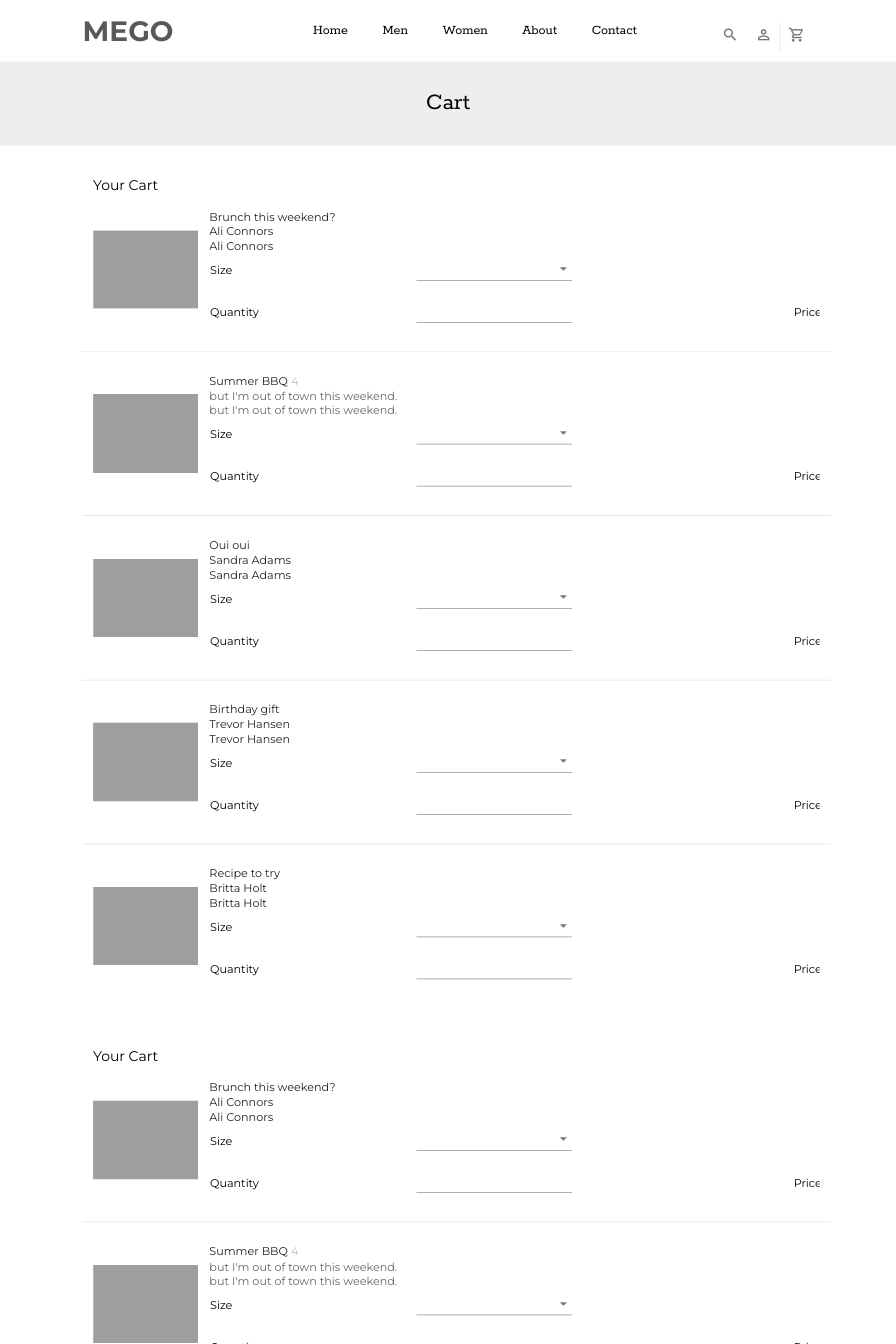
Repository: nguyenphuong152/mego-frontend
Page: /cart (app in frontend/)
These files come from the project's save history. The page is drawn as it stood at one moment and after the next save; the edit follows.
The browser window is 1280 px wide. The pictures show the part of the page from y = 0 to 1920 px (the page is 2804 px tall before and 2444 px after), at 70% of full size.
Pictures or frames that could not be fetched are drawn as grey boxes. The project was rebuilt for these pictures with package versions that can differ from the ones it lists, and the page was loaded fresh each time. Also part of the build but not shown: frontend/vue.config.js, frontend/src/components/Customer/Collection.vue, frontend/src/components/Customer/Banner.vue, frontend/src/components/Customer/BestSeller.vue, frontend/src/components/Customer/Partner.vue, frontend/src/views/Customer/Home.vue, frontend/src/components/Customer/ProductCategory.vue, frontend/src/components/Customer/ProductView.vue and 10 more. Imported but missing from the stored project, and not drawn on this page: frontend/src/views/Admin/Category.vue, frontend/src/views/Admin/ManageProduct.vue, frontend/src/views/Admin/ManageUser.vue, frontend/src/views/Admin/OrderList.vue.

Above is the page before, as saved 2020-11-26 16:39:04.

### frontend/public/index.html
<!DOCTYPE html>
<html lang="en">
  <head>
    <meta charset="utf-8">
    <head>
      <title>MEGO</title>
    </head>
    <meta http-equiv="X-UA-Compatible" content="IE=edge">
    <meta name="viewport" content="width=device-width,initial-scale=1.0">
    <link rel="icon" href="<%= BASE_URL %>favicon.ico">
    <title><%= htmlWebpackPlugin.options.title %></title>
    <link href="https://fonts.googleapis.com/css?family=Montserrat:300,400,500,600,700" rel="stylesheet">
    <link href="https://fonts.googleapis.com/css?family=Rokkitt:100,300,400,700" rel="stylesheet">
    <link rel="stylesheet" href="https://fonts.googleapis.com/css?family=Roboto:100,300,400,500,700,900">
    <link rel="stylesheet" href="https://cdn.jsdelivr.net/npm/@mdi/font@latest/css/materialdesignicons.min.css">
  </head>
  <body>
    <noscript>
      <strong>We're sorry but <%= htmlWebpackPlugin.options.title %> doesn't work properly without JavaScript enabled. Please enable it to continue.</strong>
    </noscript>
    <div id="app"></div>
    <!-- built files will be auto injected -->
  </body>
</html>

### frontend/src/main.js
import Vue from 'vue'
import App from './App.vue'
import vuetify from './plugins/vuetify';
import router from './router'
import '../sass/style.scss'
import 'bootstrap/dist/css/bootstrap.css'
import 'bootstrap-vue/dist/bootstrap-vue.css'
import { BootstrapVue, IconsPlugin } from 'bootstrap-vue'

Vue.use(BootstrapVue)
// Optionally install the BootstrapVue icon components plugin
Vue.use(IconsPlugin)
Vue.config.productionTip = false

new Vue({
  vuetify,
  router,
  render: h => h(App)
}).$mount('#app')

### frontend/src/App.vue
<template>
  <v-app app>
    <v-container v-if="!['Admin', 'Banner', 'Category','Product','ManageUser','OrderList','Dashboard'].includes($route.name)">
      <Toolbar />
    </v-container>
    <v-main>
      <router-view></router-view>
    </v-main>
      <Footer v-if="!['Admin', 'Banner', 'Category','Product','ManageUser','OrderList','Dashboard'].includes($route.name)"/>
  </v-app>

</template>

<script>

import Footer from "./components/Customer/Footer";
import Toolbar from "./components/Customer/Toolbar";

export default {
  name: "App",

  components: {
    Toolbar,
    Footer
  },

  data: () => ({
    //
  }),
};
</script>

### frontend/src/plugins/vuetify.js
import Vue from 'vue';
import Vuetify from 'vuetify/lib';


Vue.use(Vuetify);

const vuetify = new Vuetify({
    theme: {
      themes: {
        light: {
          primary: '#000',
          secondary: '#b0bec5',
          accent: '#8c9eff',
          error: '#b71c1c',
        },
      },
    },
  })

export default new Vuetify({
    vuetify,
});

### frontend/src/router/index.js
import Vue from "vue";
import VueRouter from "vue-router";
import Home from "../views/Customer/Home.vue";
import Men from "../views/Customer/Men.vue";
import Women from "../views/Customer/Women.vue";
import Admin from "../views/Admin/Admin.vue";
import Product from "../views/Admin/ManageProduct.vue";
import Banner from "../views/Admin/Banner.vue";
import Category from "../views/Admin/Category.vue";
import ManageUser from "../views/Admin/ManageUser.vue";
import OrderList from "../views/Admin/OrderList.vue";
import Dashboard from "../views/Admin/Dashboard.vue"
//import ProductDetail from "../views/ProductDetail.vue"

Vue.use(VueRouter);

const routes = [
  {
    path: "/",
    name: "Home",
    component: Home,
  },
  {
    path: "/men",
    name: "Men",
    component: Men,
  },
  {
    path: "/women",
    name: "Women",
    component: Women,
  },
  {
    path: "/about",
    name: "About",
    // route level code-splitting
    // this generates a separate chunk (about.[hash].js) for this route
    // which is lazy-loaded when the route is visited.
    component: () =>
      import(/* webpackChunkName: "about" */ "../views/Customer/About.vue"),
  },
  {
    path: "/contact",
    name: "Contact",
    component: () =>
      import(/* webpackChunkName: "about" */ "../views/Customer/Contact.vue"),
  },
  {
    path: "/cart",
    name: "Cart",
    component: () =>
      import(/* webpackChunkName: "about" */ "../views/Customer/Cart.vue"),
  },
  {
    path: "/account",
    name: "Account",
    component: () =>
      import(/* webpackChunkName: "about" */ "../views/Customer/Account.vue"),
  },
  {
    path: "/userlogin",
    name: "UserLogin",
    component: () =>
      import(/* webpackChunkName: "about" */ "../views/Customer/UserLogin.vue"),
  },
  {
    path: "/checkout",
    name: "Checkout",
    component: () =>
      import(/* webpackChunkName: "about" */ "../views/Customer/Checkout.vue"),
  },
  {
    path: "/product/:id",
    name: "ProductDetail",
    component: () =>
      import(/* webpackChunkName: "about" */ "../views/Customer/ProductDetail.vue"),
  },
  {
    path: "/admin",
    name: "Admin",
    component: Admin,
    children: [
      {
        path: "/banner",
        name: "Banner",
        component: Banner,
      },
      {
        path: "/category",
        name: "Category",
        component: Category,
      },
      {
        path: "/product",
        name: "Product",
        component: Product,
      },
      {
        path: "/manageuser",
        name: "ManageUser",
        component: ManageUser,
      },
      {
        path: "/orderlist",
        name: "OrderList",
        component: OrderList,
      },
      {
        path: "/dashboard",
        name: "Dashboard",
        component: Dashboard,
      },
    ],
  },
];

const router = new VueRouter({
  mode: "history",
  base: process.env.BASE_URL,
  routes,
});

export default router;

### frontend/sass/style.scss

$font-primary: 'Montserrat',
Arial,
sans-serif;
$font-secondary: 'Rokkitt',
Georgia,
serif;


@import '~vuetify/src/styles/styles.sass';

// Overrides
$grid-gutter-width: 20px !default;
$border-radius-base: 4px !default;
$padding-base-vertical: 14px !default;

$brand-primary: #616161 !default;
$brand-secondary: #88c8bc !default;
$brand-yellow: #FFDD00 !default;
$brand-footer-color: #2C2E3E;

$brand-white: #fff;
$brand-black: #000;
$brand-darker: #444;
$brand-gray: #ccc;
$brand-lighter: #e9e9e9;
$brand-body-color: #e8e8e8;
$brand-selection-color: #f9f6f0;
$brand-overlay-color: #4c4a8a;
$brand-bg-color: $brand-white;

.v-btn {
  text-transform:none !important;
}
// .v-text-field{
//   width: 50px;
//   height: 10px;
// }

#app {
  -webkit-font-smoothing: antialiased;
  -moz-osx-font-smoothing: grayscale;

  text-align: center;
  .container {
    max-width: 1100px;
  }
  font: 300
}

.nav {
  padding-left: 0px;
  a {
    font-size: 20px;
    color: lighten($brand-black,35%);
    font-family: $font-secondary;
    text-decoration: none;
    font-weight: 500;
    &.router-link-exact-active {
      color: #42b983;
    }

  }
}

#logo {
  font-size: 40px;
  font-weight: 700;
  font-family: $font-primary;
  color: lighten($brand-black, 35%);
}


.slogan {
  font-size: 50px;
  color: #2c3e50;
  font-family: $font-secondary;
  text-decoration: none;
}

.title-collection{
  @extend .slogan;
  font-size: 25px;
}


.slogan-3 {
  @extend .slogan;
  font-size: 35px;
}

.title-shoes {
  @extend .slogan;
  font-size: 20px;
}


.footer-text {
  font-family:$font-primary;
  font-size: 16px;
}

.admin {
  font-family: $font-primary;
  font-size:16px;
}

.admin-nav {
  font-family: $font-primary !important;
  font-size: 20px !important;
  color: white !important;
}

### frontend/src/components/Customer/Footer.vue
<template>
  <v-footer class="white" padless>
    <v-row justify="center" no-gutters>
      <v-btn
        v-for="link in links"
        :key="link"
        color="black"
        text
        rounded
        class="my-2 footer-text"
      >
        {{ link }}
      </v-btn>
      <v-col class="white py-4 text-center fluid footer-text" cols="12">
        {{ new Date().getFullYear() }} — <strong>Made with love</strong>
      </v-col>
    </v-row>
  </v-footer>
</template>

<script>
export default {
  data: () => ({
    links: ["Home", "About Us", "Team", "Services", "Blog", "Contact Us"],
  }),
};
</script>

<style></style>

### frontend/src/components/Customer/Toolbar.vue
<template>
  <v-toolbar flat>
    <v-row class="d-flex align-baseline">
      <v-col cols="3" class="d-flex justify-lg-start">
        <v-toolbar-title id="logo">MEGO</v-toolbar-title>
      </v-col>
      <v-col class="d-flex justify-space-around text-start nav">
        <router-link to="/">Home</router-link>
        <router-link to="/men">Men</router-link>
        <router-link to="/women">Women</router-link>
        <router-link to="/about">About</router-link>
        <router-link to="/contact">Contact</router-link>
      </v-col>
      <v-col cols="2" class="d-flex justify-end">
        <v-btn icon>
          <v-icon>mdi-magnify</v-icon>
        </v-btn>
        <v-menu
          open-on-hover
          top
          offset-y
          :position-x="960"
          :position-y="230"
          absolute
        >
          <template v-slot:activator="{ on, attrs }">
            <v-btn icon v-bind="attrs" v-on="on">
              <v-icon>mdi-account-outline</v-icon>
            </v-btn>
          </template>

          <v-list class="text-start nav">
            <v-list-item v-for="(item, index) in routes" :key="index" :to="item.path">
              <v-list-item-title>{{ item.name }}</v-list-item-title>
            </v-list-item>
          </v-list>
        </v-menu>
        <v-divider vertical inset></v-divider>
        <v-btn icon @click="goToCart">
          <v-icon>mdi-cart-outline</v-icon>
        </v-btn>
      </v-col>
    </v-row>
  </v-toolbar>
</template>

<script>
export default {
  data: () => ({
    routes: [
      {
        path:"/checkout",
        name:"Check Out"
       },
       {
        path:"/account",
        name:"My Account"
       },
       {
        path:"/userlogin",
        name:"User Login"
       },

    ],
  }),
  methods: {
     goToCart: function() {
     this.$router.push({name: 'Cart'})
     }
  }
};
</script>

<style></style>

### frontend/src/views/Customer/Cart.vue
<template>
  <div class="cart app">
   <v-sheet color="grey lighten-3" height="120">
      <v-container py-8>
        <a class="slogan-3">Cart</a>
      </v-container>
    </v-sheet>
     <div>
       <v-container>
 <v-row>
         <v-col>
<totalProducts/>
         </v-col>
   <v-col>
<totalProducts/>
         </v-col>
       </v-row>
       </v-container>

  </div>
  </div>
</template>

<script>

import totalProducts from '../../components/Customer/TotalProducts'


export default {
  components: {totalProducts},
   data () {

   }
}
</script>

### frontend/src/components/Customer/TotalProducts.vue
<template>
  <v-container>
    <v-list three-line>
      <template v-for="(item, index) in items">
        <v-subheader
          class="admin-nav black--text"
          v-if="item.header"
          :key="item.header"
          v-text="item.header"
        ></v-subheader>

        <v-divider v-else-if="item.divider" :key="index"></v-divider>

        <v-list-item v-else :key="item.title">
          <v-img :src="item.avatar" max-height="150" max-width="150"></v-img>
          <v-list-item-content class="text-start ml-4">
            <v-list-item-title
              v-html="item.title"
              class="admin"
            ></v-list-item-title>
            <v-list-item-subtitle
              class="admin"
              v-html="item.subtitle"
            ></v-list-item-subtitle>
            <v-list-item-subtitle
              class="admin"
              v-html="item.subtitle"
            ></v-list-item-subtitle>
            <v-row class="pl-4 d-flex align-center">
              <v-col class="pa-0 admin" cols="4">
                <a>Size</a>
              </v-col>
              <v-col class="pa-0 admin text-start " cols="3">
                <v-select :items="size"></v-select>
              </v-col>
            </v-row>
            <div height="30">
  <v-row class="pl-4 d-flex align-center">
              <v-col class="pa-0 admin " cols="4">
                <a>Quantity</a>
              </v-col>
              <v-col class="pa-0 admin" cols ="3">
                <v-text-field single-line></v-text-field>
              </v-col>
              <v-col class="text-end admin">
                <a> Price</a>
              </v-col>
            </v-row>
            </div>

          </v-list-item-content>
        </v-list-item>
      </template>
    </v-list>
  </v-container>
</template>

<script>
export default {
  data: () => ({
    items: [
      { header: "Your Cart" },
      {
        avatar: "https://cdn.vuetifyjs.com/images/lists/1.jpg",
        title: "Brunch this weekend?",
        subtitle: `<span class="text--primary">Ali Connors</span>`,
      },
      { divider: true, inset: true },
      {
        avatar: "https://cdn.vuetifyjs.com/images/lists/2.jpg",
        title: 'Summer BBQ <span class="grey--text text--lighten-1">4</span>',
        subtitle: `but I'm out of town this weekend.`,
      },
      { divider: true, inset: true },
      {
        avatar: "https://cdn.vuetifyjs.com/images/lists/3.jpg",
        title: "Oui oui",
        subtitle: '<span class="text--primary">Sandra Adams</span> ',
      },
      { divider: true, inset: true },
      {
        avatar: "https://cdn.vuetifyjs.com/images/lists/4.jpg",
        title: "Birthday gift",
        subtitle: '<span class="text--primary">Trevor Hansen</span> ',
      },
      { divider: true, inset: true },
      {
        avatar: "https://cdn.vuetifyjs.com/images/lists/5.jpg",
        title: "Recipe to try",
        subtitle: '<span class="text--primary">Britta Holt</span>',
      },
    ],
    size: ["Foo", "Bar", "Fizz", "Buzz"],
  }),
};
</script>

<style></style>

After the next save:
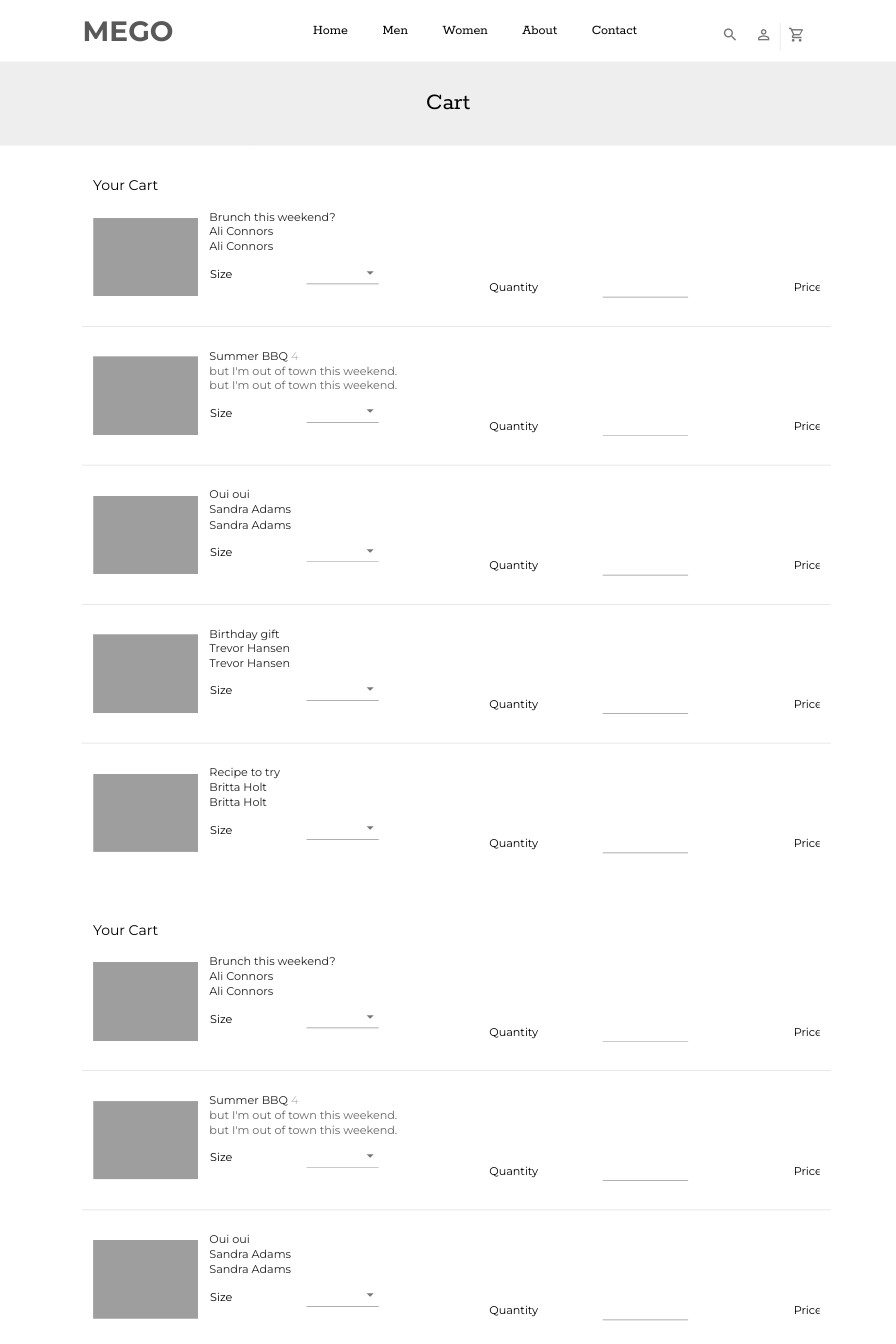
Saved 43 s later.
--- a/frontend/src/components/Customer/TotalProducts.vue
+++ b/frontend/src/components/Customer/TotalProducts.vue
@@ -1,5 +1,5 @@
 <template>
-  <v-container>
+  <v-container class="app">
     <v-list three-line>
       <template v-for="(item, index) in items">
         <v-subheader
@@ -34,8 +34,7 @@
                 <v-select :items="size"></v-select>
               </v-col>
             </v-row>
-            <div height="30">
-  <v-row class="pl-4 d-flex align-center">
+            <v-row class="pl-4 d-flex align-center">
               <v-col class="pa-0 admin " cols="4">
                 <a>Quantity</a>
               </v-col>
@@ -46,8 +45,6 @@
                 <a> Price</a>
               </v-col>
             </v-row>
-            </div>
-
           </v-list-item-content>
         </v-list-item>
       </template>
